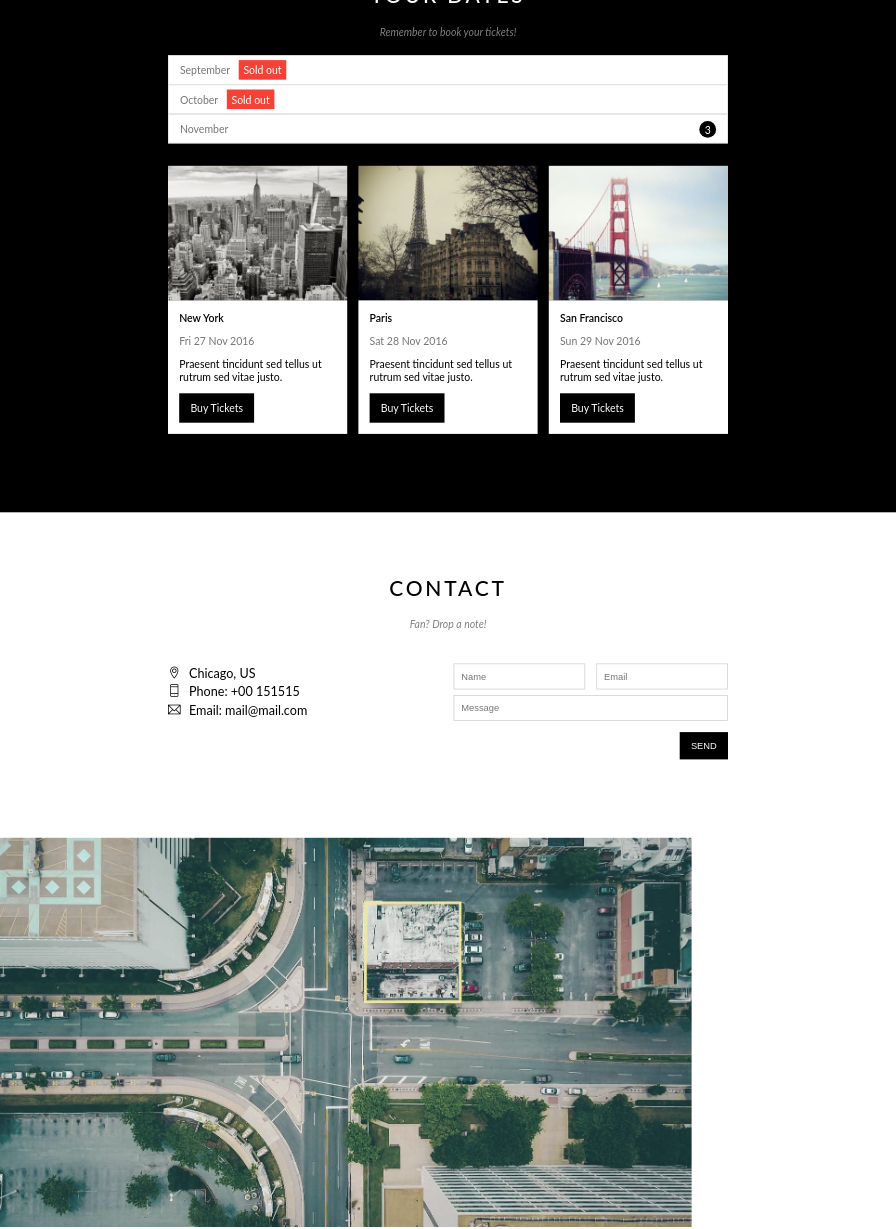
Repository: tatvanhco/web-dau-tay
Page: index.html
An editor plug-in stored every save of this project. The page is shown before and after the next save, followed by the edit.
The browser window is 1280 px wide. The pictures show the part of the page from y = 1527 to 3447 px (the page is 3283 px tall before and 3447 px after), at 70% of full size.

Above is the page before, as saved 2022-01-24 16:07:13.

After the next save:
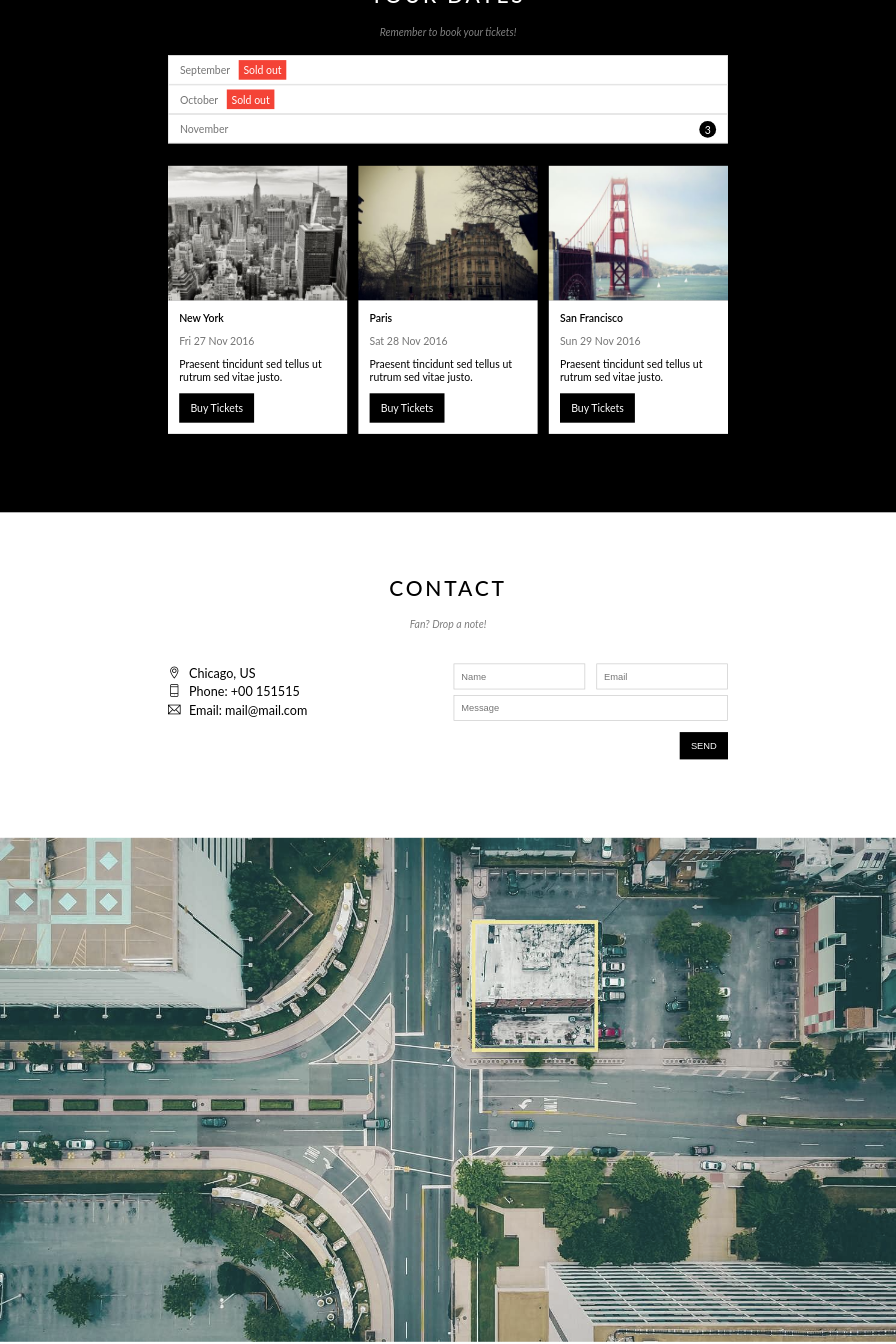
Saved 58 s later.
--- a/assets/css/style.css
+++ b/assets/css/style.css
@@ -331,6 +331,6 @@ body {
 }
 
 .map-section img {
-    height: 556px;
+    width: 100%;
     filter: grayscale(50%);
 }
